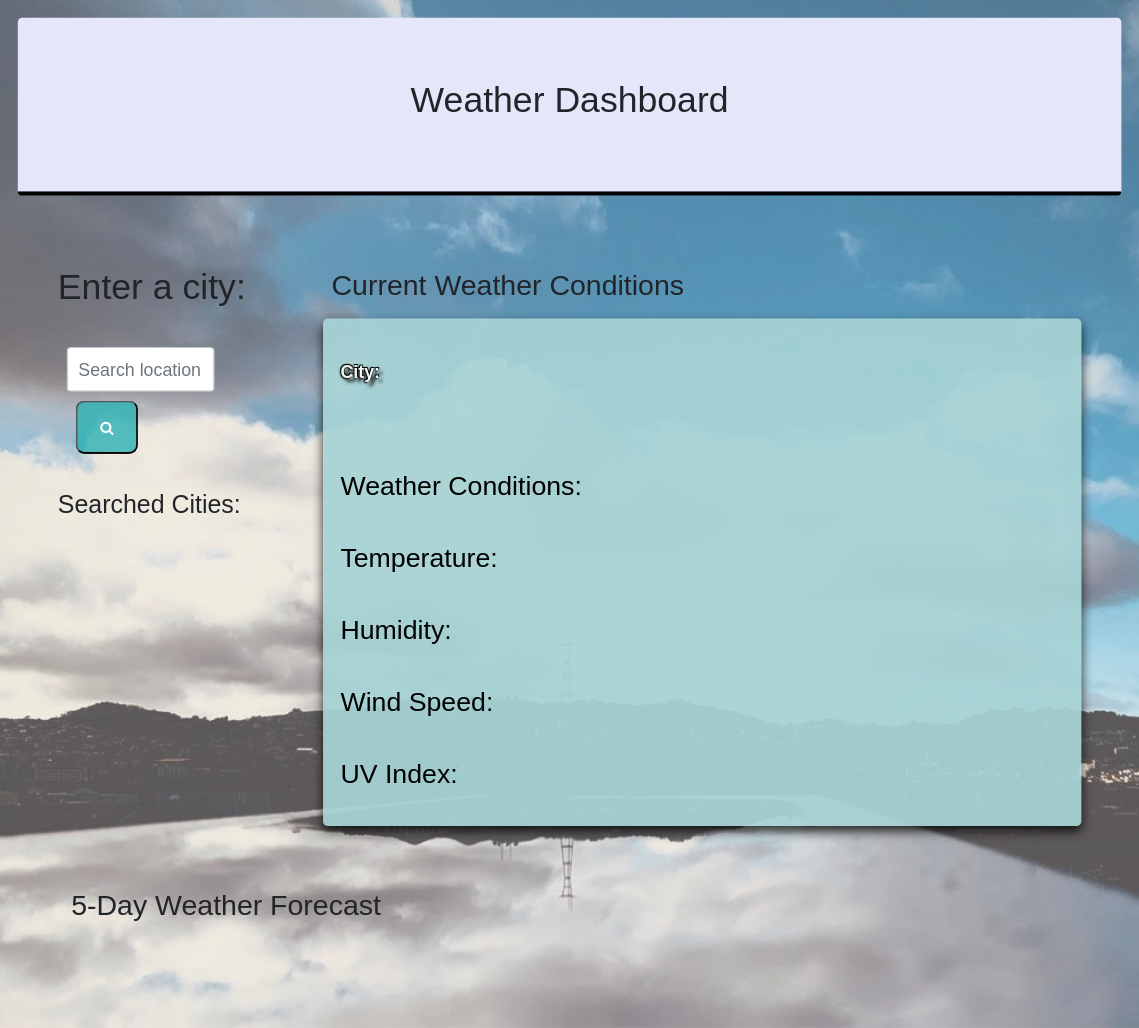
Repository: nsc9605/WeatherDashboard_API
Page: index.html
The author's editor kept a copy of each file at every save. The page is drawn from the files as they stood at one save, then again after the next save.
The browser window is 1280 px wide. The pictures show the whole page, at 89% of full size.
Backgrounds fixed to the window are drawn as part of the page. Some web fonts or font styles are not loaded; a fallback is used. Some web libraries are served in a nearby version.

Above is the page before, as saved 2021-04-07 11:43:03.

After the next save:
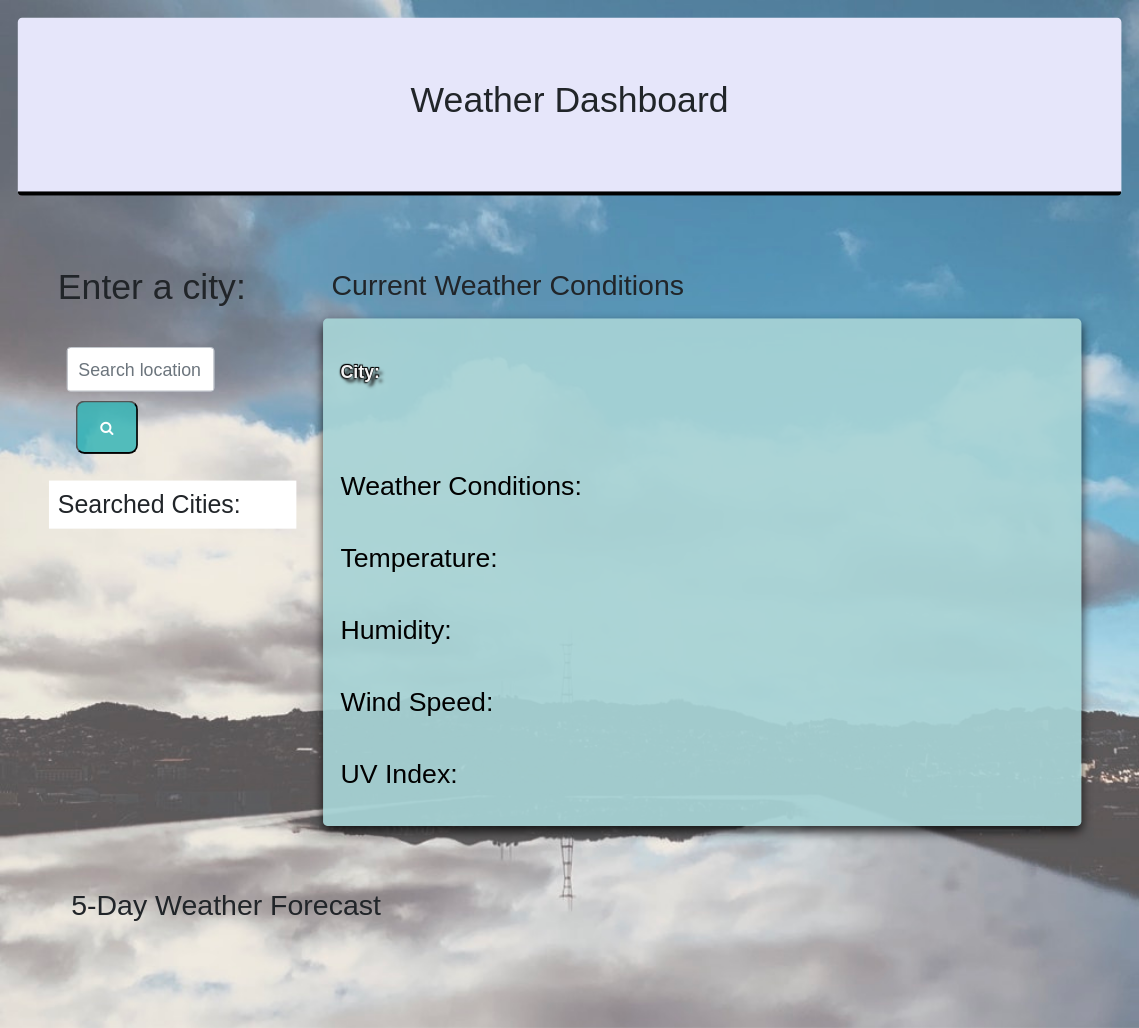
Saved 113 s later.
--- a/assets/style.css
+++ b/assets/style.css
@@ -7,7 +7,6 @@
 .jumbotron {
     text-align: center;
     background-color: lavender;
-    opacity: .7px;
     border-bottom: 5px solid black;
     height: 200px;
     width: 100% auto;
@@ -32,6 +31,10 @@ label {
 
 i {
     font-size: 20px;
+}
+
+h3 {
+    background-color: white;
 }
 
 h4,
